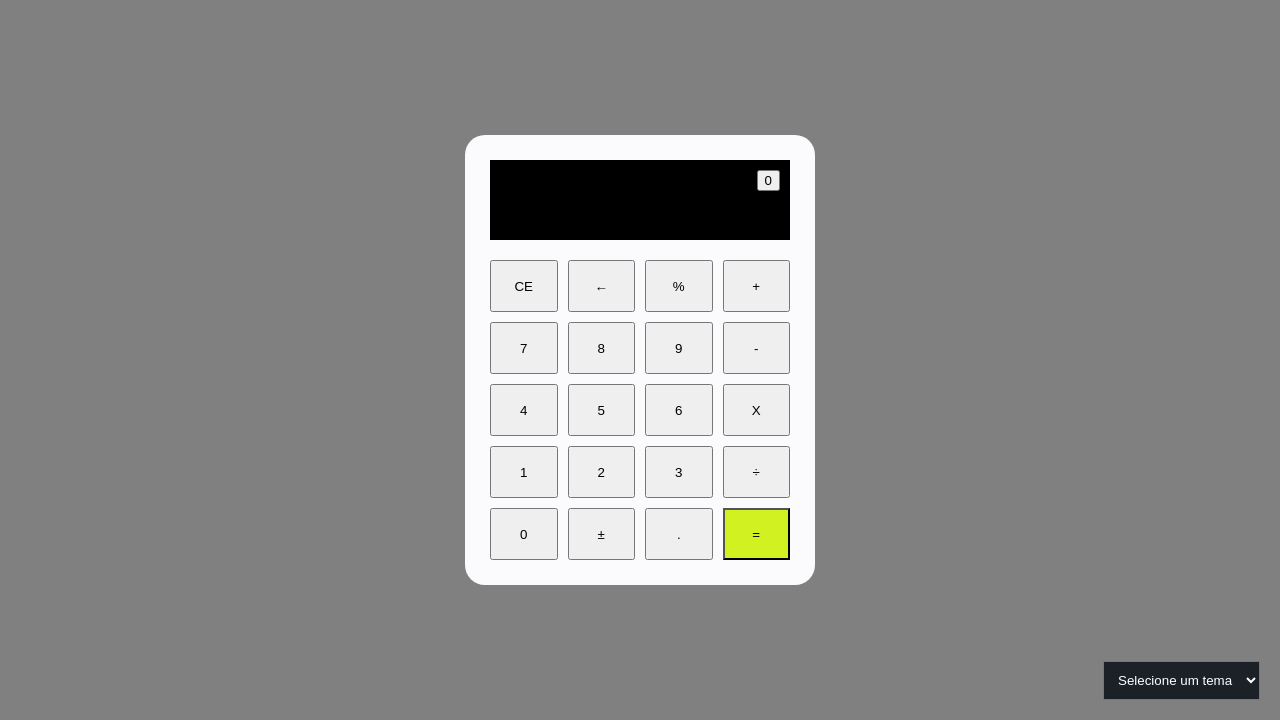
Repository: thislucasme/changing-theme-color-html-css-js
Page: index.html
The author's editor kept a copy of each file at every save. The page is drawn from the files as they stood at one save, then again after the next save.
The browser window is 1280 px wide. The pictures show the whole page.

Above is the page before, as saved 2022-06-29 16:19:06.

### index.html
<!DOCTYPE html>
<html lang="pt_BR">

<head>
    <meta charset="UTF-8">
    <meta http-equiv="X-UA-Compatible" content="IE=edge">
    <meta name="viewport" content="width=device-width, initial-scale=1.0">
    <title>Atividade 22 - Calculadora Javascript</title>
    <link href="css/estilo.css" rel="stylesheet"/>
</head>

<body>
    <div class="calculadora">
        <div class="painel" >
            <div class="operacao" ></div>
            <div class="resultado"></div>
            <button id="resultado" name="resultado">0</button>
        </div>

        <div class="botoes">
            <button class="botao" id="apagar" onclick="limpar(0)">CE</button>
            <button class="botao" id="apagar" onclick="apagarUltimo()">&#8592;</button>
            <button class="botao" id="porcentagem" onclick="porcentagem()">%</button>
            <button class="botao" id="soma" onclick="verificarSinal('+')">+</button>
            <button class="botao" id="sete" onclick="pegarNumero(7)">7</button>
            <button class="botao" id="oito" onclick="pegarNumero(8)">8</button>
            <button class="botao" id="nove" onclick="pegarNumero(9)">9</button>
            <button class="botao" id="subtrair" onclick="verificarSinal('-')">-</button>
            <button class="botao" id="quatro" onclick="pegarNumero(4)">4</button>
            <button class="botao" id="cinco" onclick="pegarNumero(5)">5</button>
            <button class="botao" id="seis" onclick="pegarNumero(6)">6</button>
            <button class="botao" id="multiplicar" onclick="verificarSinal('x')">X</button>
            <button class="botao" id="um" onclick="pegarNumero(1)">1</button>
            <button class="botao" id="dois" onclick="pegarNumero(2)">2</button>
            <button class="botao" id="3" onclick="pegarNumero(3)">3</button>
            <button class="botao" id="dividir" onclick="verificarSinal('/')">&#247;</button>
            <button class="botao" id="0" onclick="pegarNumero(0)">0</button>
            <button class="botao" id="mais/menos" onclick="mudarSinal()">&#177;</button>
            <button class="botao" id="virgula" onclick="colocarPonto()">.</button>
            <button class="botao" id="igual" onclick="darResultado()">=</button>
        </div>
    </div>
    <select name="tema" id="tema" >
        <option value="t">Selecione um tema</option>
        <option value="tema-1">Tema 1</option>
        <option value="tema-2">Tema 2</option>
        <option value="tema-3">Tema 3</option>
        <option value="tema-4">Tema 4</option>
        <option value="tema-5">Tema 5</option>
    </select>
</body>

<script src="js/script.js" ></script>

</html>

### css/estilo.css
body {
    background-color: grey;
}

html {
    margin: 0;
    padding: 0;
    height: 100vh;
    display: flex;
    justify-content: center;
    align-items: center;
}

.theme-light {
    --color-primary: #0060df;
    --color-secondary: #fbfbfe;
    --color-accent: #fd6f53;
    --font-color: #000000;
    --display-color: #000000;
    --cor-botao-igual: rgb(210, 241, 33);
}

.theme-dark {
    --color-primary: #17ed90;
    --color-secondary: #243133;
    --color-accent: #12cdea;
    --font-color: #ffffff;
    --display-color: #000000;
    --cor-botao-igual: rgb(238, 61, 61);
}

.calculadora {
    width: 300px;
    height: 400px;
    background-color: var(--color-secondary);
    border-radius: 20px;
    padding: 25px;
    display: flex;
    flex-direction: column;

}

#igual {
    background-color: var(--cor-botao-igual);
}



.painel {
    height: 80px;
    width: 100%;
    background-color: var(--display-color);
    margin-bottom: 20px;
    font-family: 'LCDMono2 Bold', monospace;
    color: rgba(0, 0, 0, 0.6);
    text-shadow: 4px 4px 3px rgb(0 0 0 / 30%);
    padding: 10px;
    box-sizing: border-box;
    text-align: right;
}


.botoes {

    display: grid;
    grid-template-columns: repeat(4, 1fr);
    grid-template-rows: repeat(5, 1fr);
    gap: 10px;
    flex: 1;
}

.botoes a {

    background-color: #666;
    text-decoration: none;
    color: black;
    text-align: center;
    font-size: 1.5em;
    display: flex;
    justify-content: center;
    align-items: center;
}

.btn-igual {
    grid-row-start: 4;
    grid-row-end: 6;
    grid-column-start: 4;

}

.btn-c {
    grid-column-start: 1;
    grid-column-end: 3;
}

.btn-0 {
    grid-column-start: 1;
    grid-column-end: 3;
}

#tema {
    background-color: rgb(28, 32, 39);
    color: white;
    padding: 10px;
    position: fixed;
    bottom: 20px;
    right: 20px;
}

#tema>option:hover {
    box-shadow: 0 0 10px 100px #a86218 inset;

}

.tema-1 {
    background-color: grey;
}

.tema-1 .botoes a {
    background-color: aquamarine;
    box-shadow: #666;
}

.tema-2 {
    background-color: red;
}

.tema-3 {
    background-color: azul;
}

.tema-4 {
    background-color: aquamarine;
}

@font-face {
    font-family: 'LCDMono2 Bold';
    font-style: normal;
    font-weight: normal;
    src: local('LCDMono2 Bold'), url('../fonts/LCDM2B__.woff') format('woff');
}

### js/script.js
const nmrTela = document.getElementById("resultado")
var valoresEspaco = '';
var valores = []
window.addEventListener("keydown", teclado);



function pegarNumero(numero) {
    if (nmrTela.innerHTML == "0") {
        nmrTela.innerHTML = numero
    }
    else {
        nmrTela.innerHTML += `${numero}`
    }
}

function verificarSinal(sinal) {
    if (valores.length <= 1) {
        valoresEspaco = nmrTela.innerHTML.split(' ')
        valores.push(parseFloat(nmrTela.innerHTML))
        nmrTela.innerHTML += ` ${sinal} `
        valores.push(sinal)
    }
}

function porcentagem() {
    var caracteres = nmrTela.innerHTML.split(' ')
    console.log(caracteres.length, caracteres)
    if (caracteres.length == 3) {
        var valorPorCento = parseFloat(caracteres[2]) / 100
        var caracteresValor2 = caracteres[2].split('')
        if (caracteresValor2.length != 0) {
            if (caracteresValor2[caracteresValor2.length - 1] != "%") {
                nmrTela.innerHTML += '%'
            }
            valores.push(valorPorCento)
        }
    }
}

function colocarPonto() {
    var caracteresDaConta = []
    var caracteresValor1 = []
    var caracteresValor2 = []
    caracteresDaConta.push(nmrTela.innerHTML.trim().split(' '))//separa entre valor 1, operação e valor2
    caracteresValor1.push(caracteresDaConta[0][0].split(''))//separa cada caractere do valor 1

    if (caracteresDaConta[0].length == 3) {
        caracteresValor2.push(caracteresDaConta[0][2].split(''))//se exister 3 posições, separa cada caractere do valor 2
        verificarSeExistePonto(caracteresValor2)
    }

    verificarSeExistePonto(caracteresValor1)

    function verificarSeExistePonto(caracteresValor) {
        for (let i in caracteresValor[0]) {
            if (caracteresValor[0][i] == '.') {
                var acumuladora = '.'
            }
        }

        if (!(acumuladora == '.')) {
            nmrTela.innerHTML += '.'
        }
    }
}

function mudarSinal() {
    const caracteresDaConta = nmrTela.innerHTML.trim().split(' ')
    let caracteresValor1 = caracteresDaConta[0].split('')
    let valor1 = ''
    let valor2 = ''

    if (caracteresDaConta.length == 3) {
        var caracteresValor2 = caracteresDaConta[2].split('')

        if (caracteresValor2[0] == '-') {
            caracteresValor2.shift()
            imprimirValor(caracteresValor2, valor2, caracteresDaConta)
        }
        else {
            caracteresValor2.unshift('-')
            imprimirValor(caracteresValor2, valor2, caracteresDaConta);
        }
    }

    if (valores.length == 0) {
        if (caracteresValor1[0] == "-") {
            caracteresValor1.shift()
            imprimirValor(caracteresValor1, valor1)
        }
        else {
            caracteresValor1.unshift('-')
            imprimirValor(caracteresValor1, valor1)
        }
    }

    function imprimirValor(caracteresValor, valorNumero, caracteresConta) {
        caracteresValor.forEach(valor => {
            valorNumero += valor;
        })
        if (caracteresConta != undefined) {
            nmrTela.innerHTML = `${caracteresConta[0]} ${caracteresConta[1]} ${valorNumero}`
        }
        else {
            nmrTela.innerHTML = valorNumero
        }
    }
}

function darResultado() {
    var resultado = 0
    var operacao = valores[1]
    if (operacao == '-') {
        tratarResultado('-')
    }
    else if (operacao == '+') {
        tratarResultado('+')
    }
    else if (operacao == 'x') {
        tratarResultado('*')
    }
    else if (operacao == '/') {
        tratarResultado('/')
    }
    valores.splice(0, 3)

    function tratarResultado(operacao) {
        valoresEspaco = nmrTela.innerHTML.split(' ')
        valores.push(valoresEspaco[2])
        switch (operacao) {
            case '-':
                resultado = parseFloat(valores[0]) - parseFloat(valores[2])
                limpar(resultado)
                break;
            case '+':
                resultado = parseFloat(valores[0]) + parseFloat(valores[2])
                limpar(resultado)
                break;
            case '*':
                resultado = parseFloat(valores[0]) * parseFloat(valores[2])
                limpar(resultado)
                break;
            case '/':
                resultado = parseFloat(valores[0]) / parseFloat(valores[2])
                limpar(resultado)
                break;
        }
    }
}

function limpar(valor) {
    valores.splice(0, 3)
    nmrTela.innerHTML = valor
}

function apagarUltimo() {
    var caracteres = nmrTela.innerHTML.trim().split('')
    var arrayCaracteresTela = ""
    caracteres.pop()
    for (let i in caracteres) { arrayCaracteresTela += caracteres[i] }
    if ((arrayCaracteresTela == []) || (arrayCaracteresTela == '-')) {
        nmrTela.innerHTML = 0
    }
    else {
        nmrTela.innerHTML = arrayCaracteresTela
    }

    if (caracteres.length == 0) {
        valores.pop()
        valores.pop()
    }
}

function teclado() {
    const numbers = '0123456789'
    const operadores = '+-/x'
    var tecla = event.key
    if (numbers.includes(tecla)) {
        pegarNumero(tecla)
    }
    else if (operadores.includes(tecla)) {
        verificarSinal(tecla)
    }
    else switch (tecla) {
        case '*':
            verificarSinal('x')
            break;
        case '%':
            porcentagem()
            break;
        case '.':
        case ',':
            colocarPonto();
            break;
        case '=':
        case 'Enter':
            darResultado();
            break;
        case 'Backspace':
            apagarUltimo()
            break;
        case 'Escape':
            limpar(0);
            break;
    }
}

const options = document.getElementById("tema");

options.addEventListener("change", function () {
    if (options.value) {
        if (options.value === "tema-1") {
            console.log("tema 1")
        }
        if (options.value === "tema-2") {
            document.getElementsByClassName("calculadora-dois").classList.remove("calculadora-dois");
            document.getElementsByClassName("calculadora-dois").classList.add("calculadora");
        }
        if (options.value === "tema-3") {
            console.log("tema 3")
        }
        if (options.value === "tema-4") {
            console.log("tema 4")
        }
    }
});
function setTheme(themeName) {
    // localStorage.setItem('theme', themeName);
    document.documentElement.className = themeName;
}
setTheme('theme-light');

After the next save:
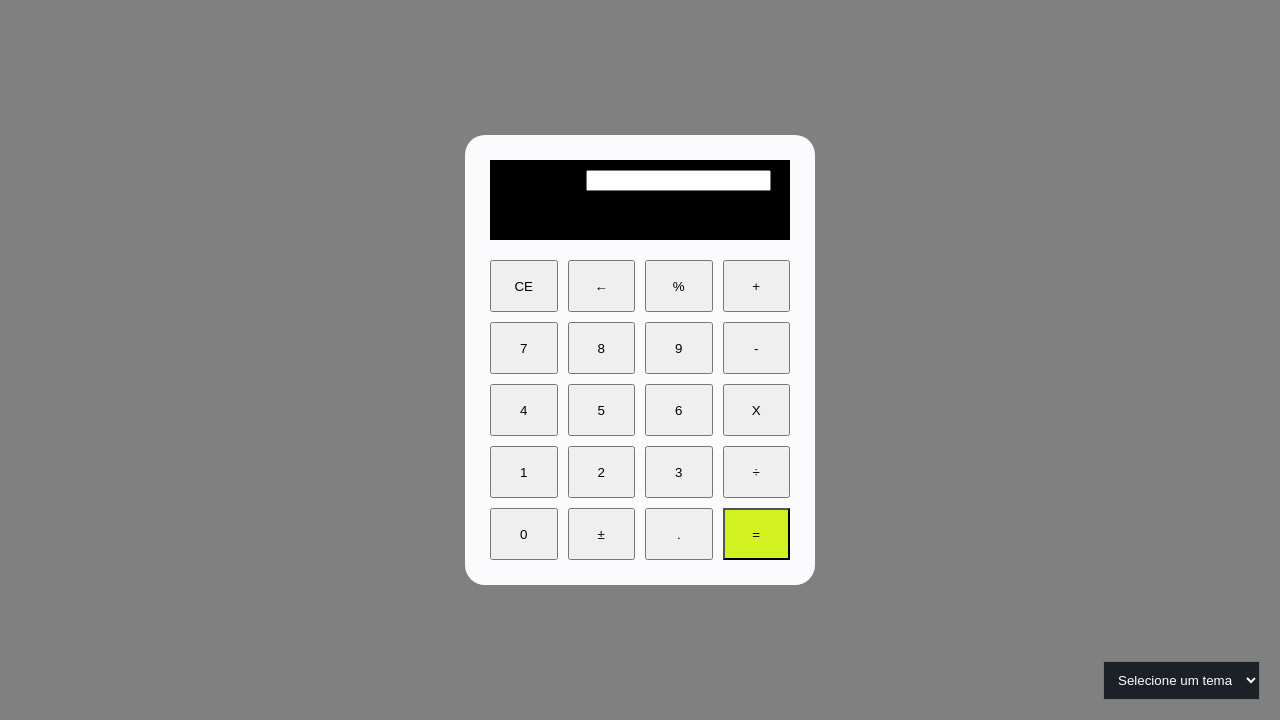
Saved 20 s later.
--- a/index.html
+++ b/index.html
@@ -14,7 +14,7 @@
         <div class="painel" >
             <div class="operacao" ></div>
             <div class="resultado"></div>
-            <button id="resultado" name="resultado">0</button>
+            <input id="resultado" name="resultado">0</input>
         </div>
 
         <div class="botoes">

After the save that followed:
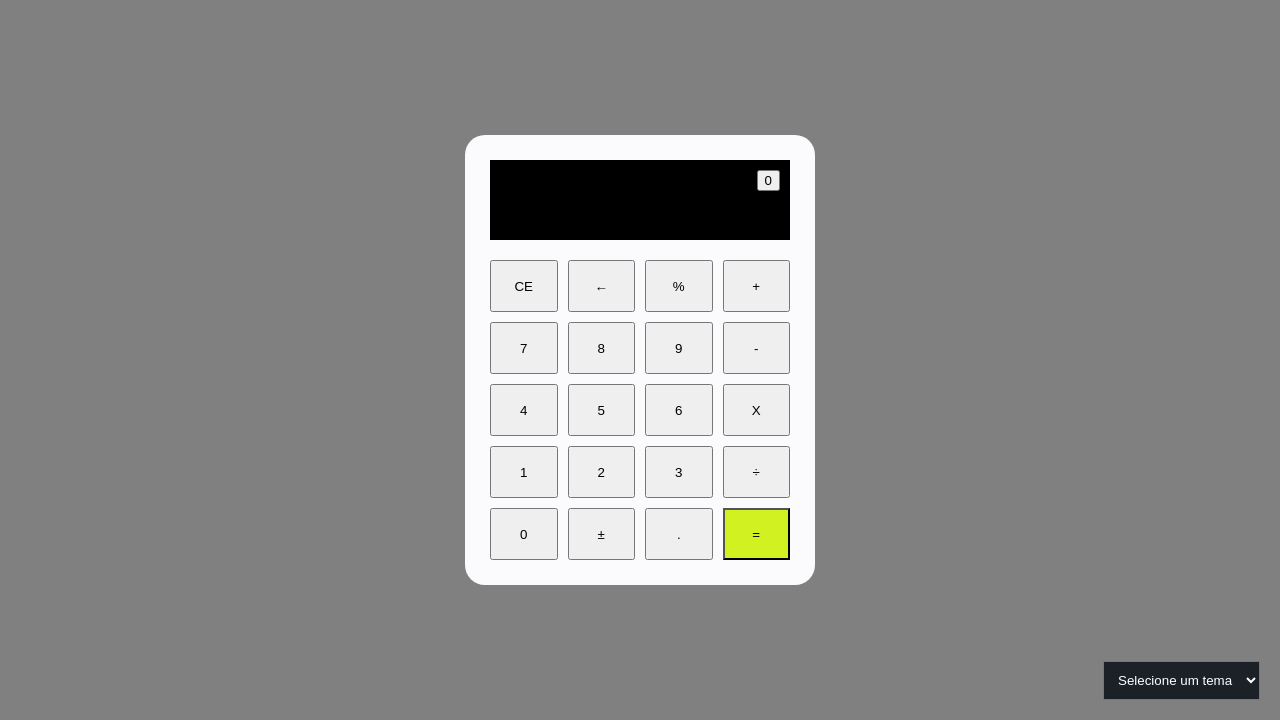
Saved 41 s later.
--- a/index.html
+++ b/index.html
@@ -14,7 +14,7 @@
         <div class="painel" >
             <div class="operacao" ></div>
             <div class="resultado"></div>
-            <input id="resultado" name="resultado">0</input>
+            <button id="resultado" name="resultado">0</button>
         </div>
 
         <div class="botoes">
